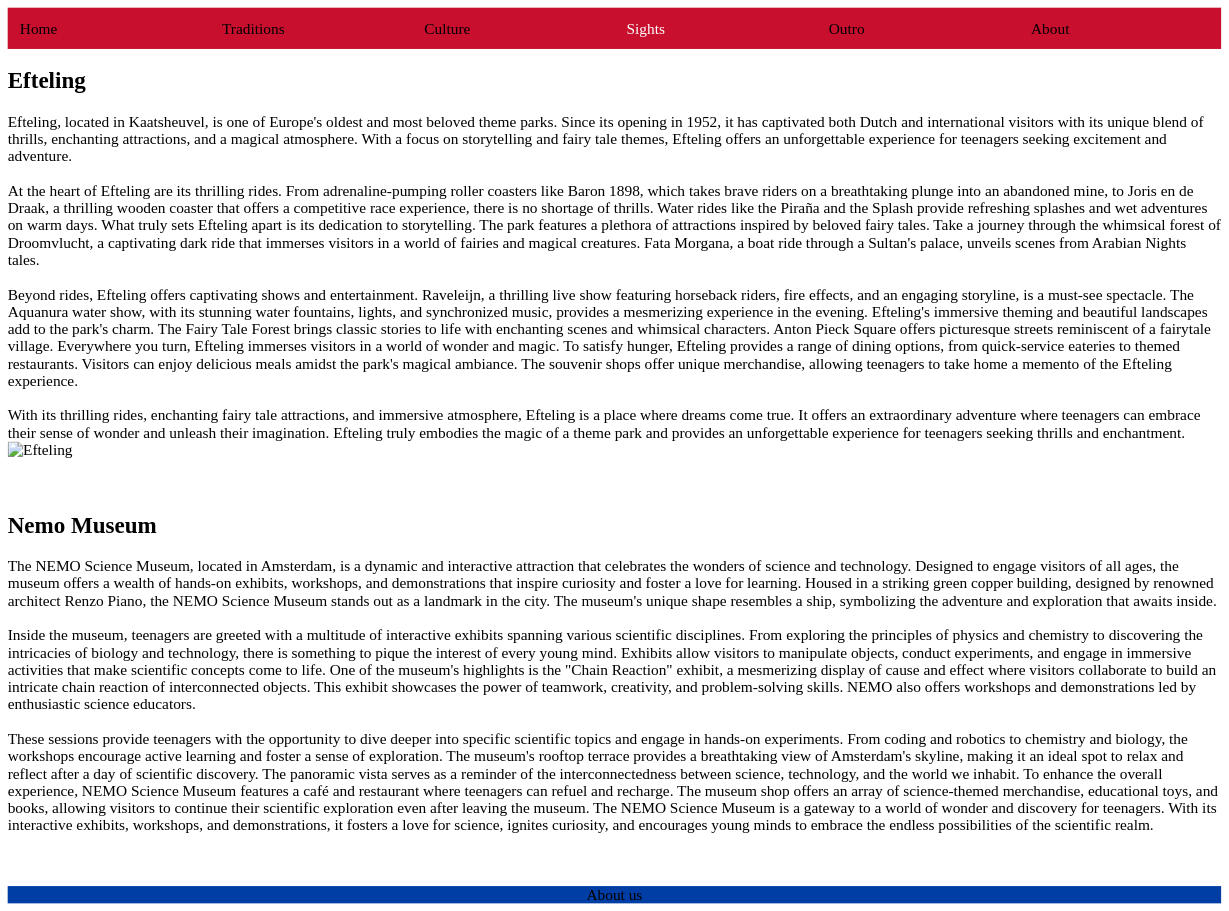
Repository: Cornman63/The-netherlands
Page: sights.html
These files come from the project's save history. The page is drawn as it stood at one moment and after the next save; the edit follows.
The browser window is 1280 px wide. The pictures show the whole page, at 96% of full size.

Above is the page before, as saved 2023-05-23 11:15:31.

### sights.html
<!DOCTYPE html>
<html lang="en">
<head>
    <meta charset="UTF-8">
    <meta http-equiv="X-UA-Compatible" content="IE=edge">
    <meta name="viewport" content="width=device-width, initial-scale=1.0">
    <link rel="stylesheet" href="style.css">
    <title>Visit the Netherlands</title>

</head>
<body>
    <div class="top">
        <div class="site"><a href="index.html" class="link">Home</a></div>
        <div class="site"><a href="traditions.html" class="link">Traditions</a></div>
        <div class="site"><a href="culture.html" class="link">Culture</a></div>
        <div class="site"><a href="sights.html" style="color: white" class="link">Sights</a></div>
        <div class="site"><a href="outro.html" class="link">Outro</a></div>
        <div class="site"><a href="about.html" class="link">About</a></div>
    </div>
    <h2>Efteling</h2>
    <div class="text">
        Efteling, located in Kaatsheuvel, is one of Europe's oldest and most beloved theme parks. Since its opening in 1952, it has captivated both Dutch and international visitors with its unique blend of thrills, enchanting attractions, and a magical atmosphere. With a focus on storytelling and fairy tale themes, Efteling offers an unforgettable experience for teenagers seeking excitement and adventure.

<br><br>
        At the heart of Efteling are its thrilling rides. From adrenaline-pumping roller coasters like Baron 1898, which takes brave riders on a breathtaking plunge into an abandoned mine, to Joris en de Draak, a thrilling wooden coaster that offers a competitive race experience, there is no shortage of thrills. Water rides like the Piraña and the Splash provide refreshing splashes and wet adventures on warm days.

What truly sets Efteling apart is its dedication to storytelling. The park features a plethora of attractions inspired by beloved fairy tales. Take a journey through the whimsical forest of Droomvlucht, a captivating dark ride that immerses visitors in a world of fairies and magical creatures. Fata Morgana, a boat ride through a Sultan's palace, unveils scenes from Arabian Nights tales.
<br><br>
Beyond rides, Efteling offers captivating shows and entertainment. Raveleijn, a thrilling live show featuring horseback riders, fire effects, and an engaging storyline, is a must-see spectacle. The Aquanura water show, with its stunning water fountains, lights, and synchronized music, provides a mesmerizing experience in the evening.

Efteling's immersive theming and beautiful landscapes add to the park's charm. The Fairy Tale Forest brings classic stories to life with enchanting scenes and whimsical characters. Anton Pieck Square offers picturesque streets reminiscent of a fairytale village. Everywhere you turn, Efteling immerses visitors in a world of wonder and magic.

To satisfy hunger, Efteling provides a range of dining options, from quick-service eateries to themed restaurants. Visitors can enjoy delicious meals amidst the park's magical ambiance. The souvenir shops offer unique merchandise, allowing teenagers to take home a memento of the Efteling experience.
<br><br>
With its thrilling rides, enchanting fairy tale attractions, and immersive atmosphere, Efteling is a place where dreams come true. It offers an extraordinary adventure where teenagers can embrace their sense of wonder and unleash their imagination. Efteling truly embodies the magic of a theme park and provides an unforgettable experience for teenagers seeking thrills and enchantment.

    </div>
    <img src="../images/efeling.jpg" alt="Efteling" id="place">

    <br><br><br>
    <div class="Nemo">
        <h2>Nemo Museum</h2>
        The NEMO Science Museum, located in Amsterdam, is a dynamic and interactive attraction that celebrates the wonders of science and technology. Designed to engage visitors of all ages, the museum offers a wealth of hands-on exhibits, workshops, and demonstrations that inspire curiosity and foster a love for learning.

Housed in a striking green copper building, designed by renowned architect Renzo Piano, the NEMO Science Museum stands out as a landmark in the city. The museum's unique shape resembles a ship, symbolizing the adventure and exploration that awaits inside.

<br><br>
Inside the museum, teenagers are greeted with a multitude of interactive exhibits spanning various scientific disciplines. From exploring the principles of physics and chemistry to discovering the intricacies of biology and technology, there is something to pique the interest of every young mind. Exhibits allow visitors to manipulate objects, conduct experiments, and engage in immersive activities that make scientific concepts come to life.

One of the museum's highlights is the "Chain Reaction" exhibit, a mesmerizing display of cause and effect where visitors collaborate to build an intricate chain reaction of interconnected objects. This exhibit showcases the power of teamwork, creativity, and problem-solving skills.

NEMO also offers workshops and demonstrations led by enthusiastic science educators.
<br><br>

These sessions provide teenagers with the opportunity to dive deeper into specific scientific topics and engage in hands-on experiments. From coding and robotics to chemistry and biology, the workshops encourage active learning and foster a sense of exploration.

The museum's rooftop terrace provides a breathtaking view of Amsterdam's skyline, making it an ideal spot to relax and reflect after a day of scientific discovery. The panoramic vista serves as a reminder of the interconnectedness between science, technology, and the world we inhabit.

To enhance the overall experience, NEMO Science Museum features a café and restaurant where teenagers can refuel and recharge. The museum shop offers an array of science-themed merchandise, educational toys, and books, allowing visitors to continue their scientific exploration even after leaving the museum.

The NEMO Science Museum is a gateway to a world of wonder and discovery for teenagers. With its interactive exhibits, workshops, and demonstrations, it fosters a love for science, ignites curiosity, and encourages young minds to embrace the endless possibilities of the scientific realm.


    </div>
    <br><br><br>

    <div class="bottom">
        About us
    </div>
</body>
</html>

### style.css
.top, .bottom, .topper {
    display: flex;
    flex-direction: row;
    justify-content: center;
    align-content:center;
    background-color:#C8102E;
    margin: auto;
}
.bottom{
    background-color: #003DA5;
}

.site {
    display: flex;
    border: 1%;
    margin: 1%;
    margin-right: 10%;
    align-content: center;
    width: 90%;
}
.link{
    text-decoration: none;
}
.link:link {
    color:black;
}
.link:visited {
    color:black;
}
.link:hover {
    color:white;
}

#wafel, #hagel, #herring, #lico {
    width: 20%;
    height: 20%;
}
.food1 {
    display: flex;
    flex-direction: column;
    align-items: center;
}
.food {
    display: flex;
    flex-direction: column;
}

After the next save:
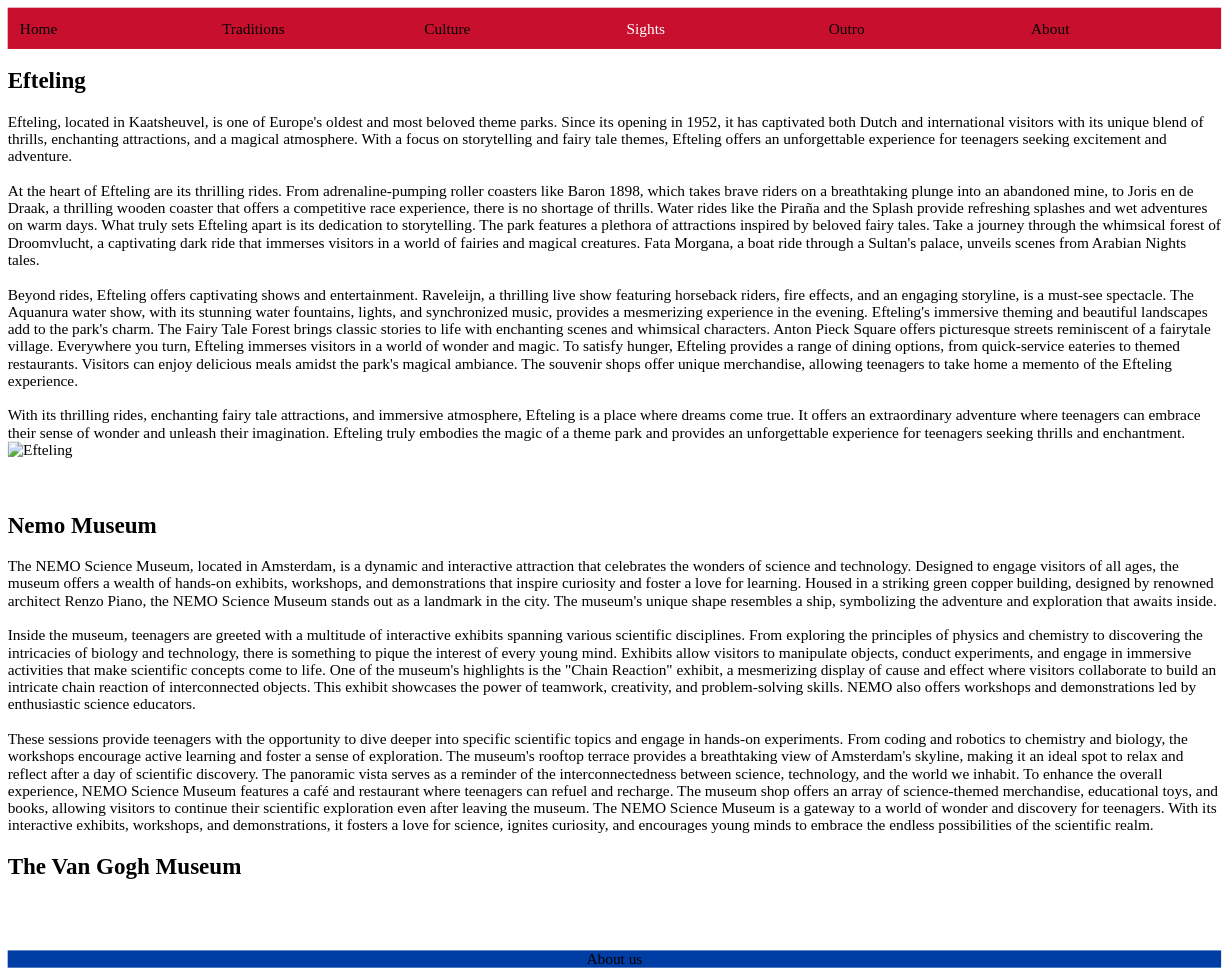
Saved 3 min 20 s later.
--- a/sights.html
+++ b/sights.html
@@ -62,6 +62,8 @@ The NEMO Science Museum is a gateway to a world of wonder and discovery for teen
 
 
     </div>
+    <div class="The Van Gogh Museum">
+        <h2>The Van Gogh Museum</h2>
     <br><br><br>
 
     <div class="bottom">
